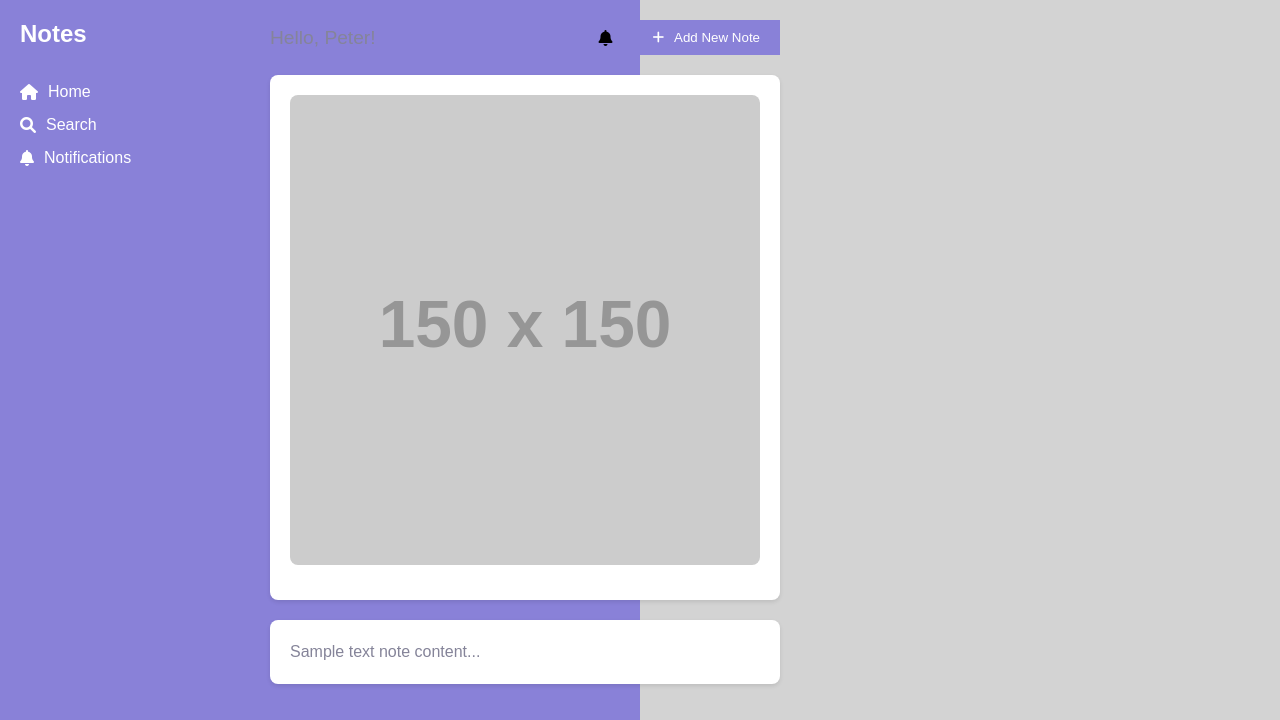
Repository: SatenikGabrielyan/HTML_CSS-_Assignment
Page: index.html
An editor plug-in stored every save of this project. The page is shown before and after the next save, followed by the edit.
The browser window is 1280 px wide. The pictures show the whole page.
An inner scrolling area shows only its first screen.

Above is the page before, as saved 2025-03-17 00:30:23.

### index.html
<!DOCTYPE html>
<html lang="en">
  <head>
    <meta charset="UTF-8" />
    <meta name="viewport" content="width=device-width, initial-scale=1.0" />
    <title>Notes App</title>
    <link rel="stylesheet" href="./style.css" />
    <!-- Include Font Awesome for icons -->
    <link href="https://cdnjs.cloudflare.com/ajax/libs/font-awesome/6.0.0-beta3/css/all.min.css" rel="stylesheet"/>
  </head>
  <body>

      <div class="cont">
          <div class="purp"></div>
          <div class="whit"></div>
      </div>
    <div class="container">

      <nav class="sidebar">
        <div class="sidebar-header">
          <h2>Notes</h2>
        </div>
        <ul class="sidebar-list">
          <li><i class="fas fa-home"></i> Home</li>
          <li><i class="fas fa-search"></i> Search</li>
          <li><i class="fas fa-bell"></i> Notifications</li>
        </ul>
      </nav>

      <main class="main-content">
        <header>
          <div class="header-left">
            <p>Hello, Peter!</p>
          </div>
          <div class="header-right">
            <i class="fas fa-bell"></i>
            <button class="add-note-btn">
              <i class="fas fa-plus"></i> Add New Note
            </button>
          </div>
        </header>
        <section class="notes-grid">

          <div class="note-item image-note">
            <img src="https://via.placeholder.com/150" alt="Note Image" />
          </div>

          <div class="note-item text-note">
            <p>Sample text note content...</p>
          </div>

          <div class="note-item mixed-note">
            <img src="https://via.placeholder.com/150" alt="Note Image" />
            <p>Sample mixed note content...</p>
          </div>
        </section>
      </main>
    </div>

  </body>
</html>

### style.css
/* CSS Variables for Colors */
:root {
    --bg-color: #fbfbfb;
    --primary-color: #8981d8;
    --secondary-color: #d0d0d0;
    --text-color: #858499;
    --highlight-color: #7f77cc;
    --hover-color: rgba(137, 129, 216, 0.5);
  }

  /* General Reset */
  * {
    margin: 0;
    padding: 0;
    box-sizing: border-box;
  }

  body {
    font-family: Arial, sans-serif;
    background-color: var(--bg-color);
    display: flex;
    height: 100vh;
  }
  .wrapper{
    position: relative;
  }
  .cont{
      display: flex;
      width: 100%;
      position: relative;
      z-index: -1;
      border-radius: 10px;
  }
.purp {
    width: 50%;
    background-color: var(--primary-color);
    flex-direction: row;
}
.whit {
    width: 50%;
    background-color: lightgray;
    flex-direction: row;
}
  .container {
    display: flex;
    width: 800px;
    height: 700px;
    padding-top: 2;
    box-shadow: 10px lightgray;

    /* background: center; */
    position: absolute;
    z-index: 2;
    border-radius: 30px;
  }

  /* Sidebar Styling */
  .sidebar {
    width: 250px;
    background-color: var(--primary-color);
    color: #fff;
    display: flex;
    flex-direction: column;
    padding: 20px;
  }

  .sidebar-header h2 {
    margin-bottom: 20px;
  }

  .sidebar-list {
    list-style: none;
  }

  .sidebar-list li {
    margin: 15px 0;
    display: flex;
    align-items: center;
    cursor: pointer;
  }

  .sidebar-list li i {
    margin-right: 10px;
  }

  /* Main Content Styling */
  .main-content {
    flex-grow: 1;
    padding: 20px;
    overflow-y: auto;
  }

  header {
    display: flex;
    justify-content: space-between;
    align-items: center;
    margin-bottom: 20px;
  }

  .header-left p {
    font-size: 1.2em;
    color: var(--text-color);
  }

  .header-right {
    display: flex;
    align-items: center;
  }

  .header-right i {
    margin-right: 20px;
    cursor: pointer;
  }

  .add-note-btn {
    background-color: var(--primary-color);
    color: #fff;
    border: none;
    padding: 10px 20px;
    cursor: pointer;
    display: flex;
    align-items: center;
  }

  .add-note-btn i {
    margin-right: 10px;
  }

  /* Notes Grid Styling */
  .notes-grid {
    display: grid;
    grid-template-columns: repeat(auto-fill, minmax(300px, 1fr));
    gap: 20px;
  }

  .note-item {
    background-color: #fff;
    border-radius: 8px;
    box-shadow: 0 2px 4px rgba(0, 0, 0, 0.1);
    overflow: hidden;
    display: flex;
    flex-direction: column;
    padding: 20px;
  }

  .note-item img {
    width: 100%;
    height: auto;
    border-radius: 8px;
    margin-bottom: 15px;
  }

  .note-item p {
    color: var(--text-color);
    font-size: 1em;
    line-height: 1.5;
  }

  /* Hover Effect for Filter Buttons */
  .sidebar-list li:hover {
    background-color: var(--highlight-color);
    transition: background-color 0.3s ease;
  }

  /* Mobile Responsiveness */
  @media (max-width: 768px) {
    .container {
      flex-direction: column;
    }

    .sidebar {
      width: 100%;
      flex-direction: row;
      justify-content: space-around;
      padding: 10px;
    }

    .sidebar-list {
      display: flex;
      flex-direction: row;
      gap: 15px;
    }

    .sidebar-list li {
      margin: 0;
    }

    .main-content {
      padding: 10px;
    }

    header {
      flex-direction: column;
      align-items: flex-start;
    }

    .header-right {
      margin-top: 10px;
    }

    .notes-grid {
      grid-template-columns: 1fr;
    }

    .note-item {
      padding: 10px;
    }

    .note-item img {
      margin-bottom: 10px;
    }
  }

After the next save:
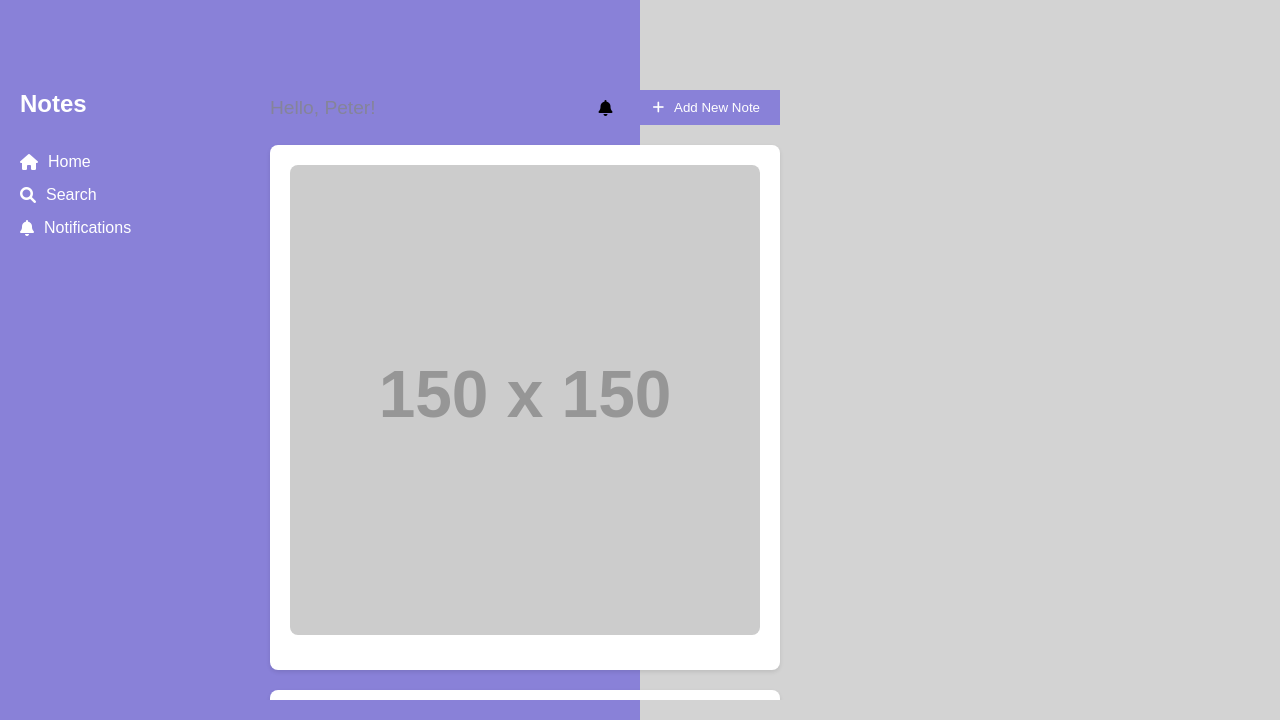
Saved 5 s later.
--- a/style.css
+++ b/style.css
@@ -45,7 +45,7 @@
     display: flex;
     width: 800px;
     height: 700px;
-    padding-top: 2;
+    padding-top: 70px;
     box-shadow: 10px lightgray;
 
     /* background: center; */
